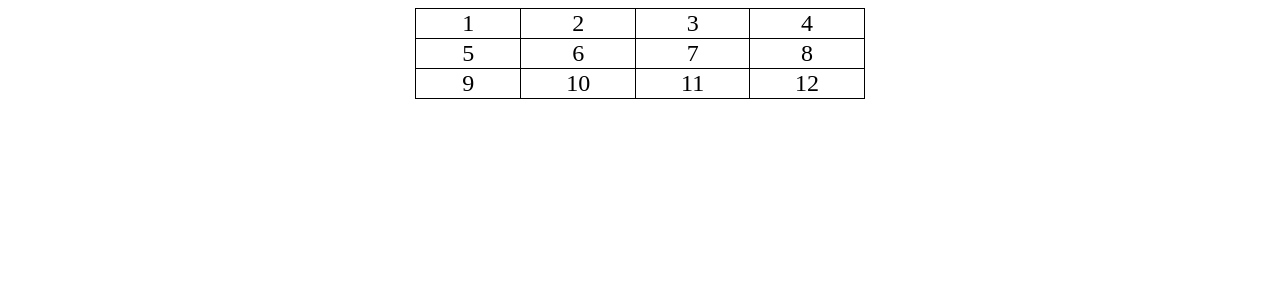
Repository: guswnsdldl/gb
Page: html workspace/f_table/src/main/webapp/span-task01.html
These files come from the project's save history. The page is drawn as it stood at one moment and after the next save; the edit follows.
The browser window is 1280 px wide. The pictures show the whole page.

Above is the page before, as saved 2024-08-06 02:55:02.

After the next save:
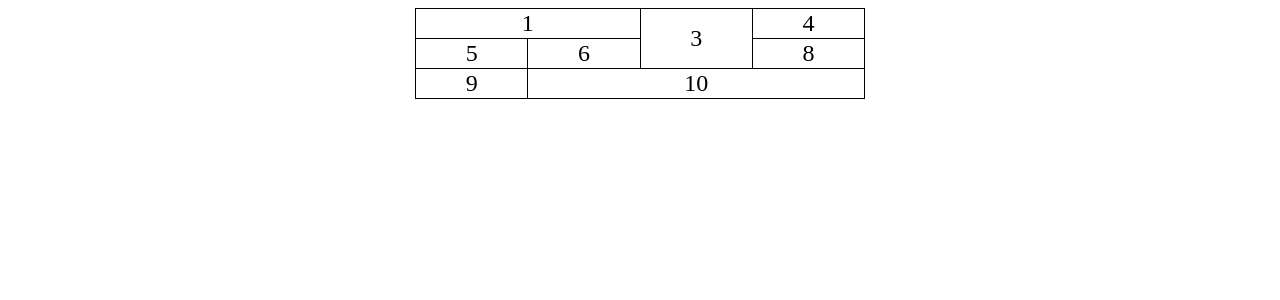
Saved 106 s later.
--- a/html workspace/f_table/src/main/webapp/span-task01.html
+++ b/html workspace/f_table/src/main/webapp/span-task01.html
@@ -28,22 +28,18 @@
 <body>
  		<table>
  		<tr>
-         <td>1</td>
-         <td>2</td>
-         <td>3</td>
+         <td colspan="2">1</td>
+         <td rowspan="2">3</td>
          <td>4</td>
       </tr>
       <tr>
          <td>5</td>
          <td>6</td>
-         <td>7</td>
          <td>8</td>
       </tr>
       <tr>
          <td>9</td>
-         <td>10</td>
-         <td>11</td>
-         <td>12</td>
+         <td colspan="3">10</td>
       </tr>
    </table>
 </body>
